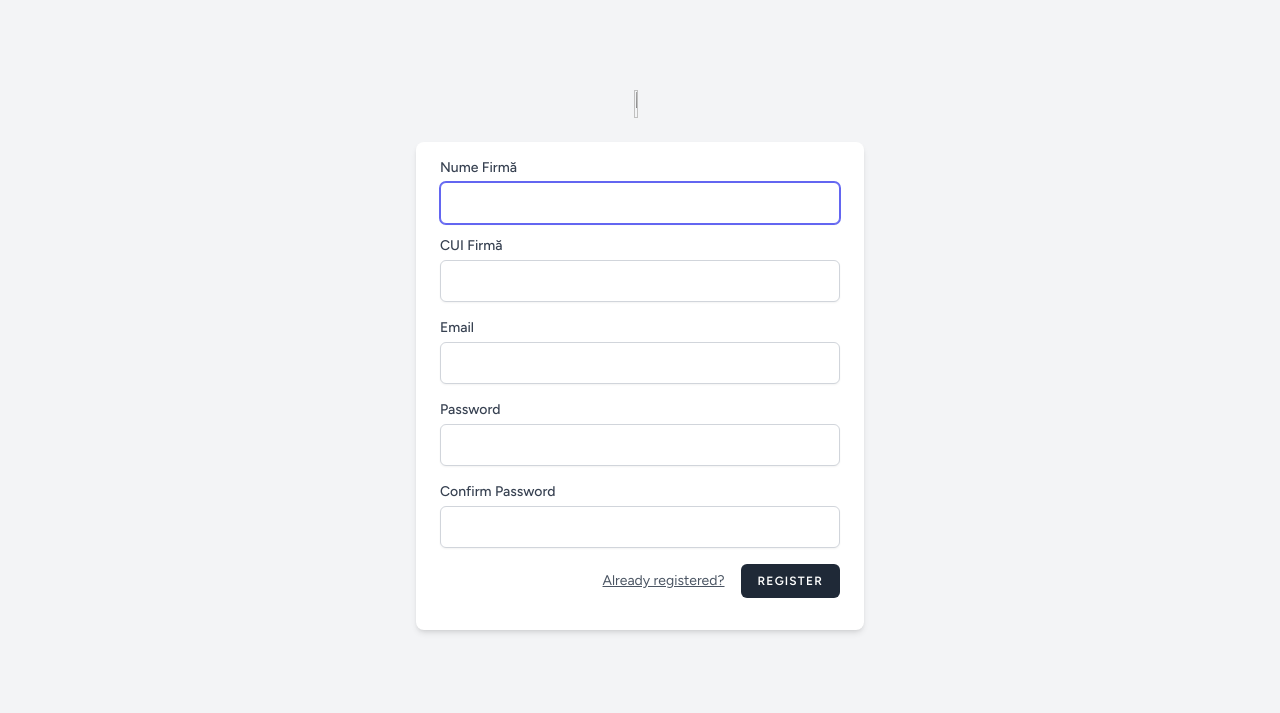
Repository: cosmin05072018/fantastic-events-manager
Page: http://localhost/register
The author's editor kept a copy of each file at every save. The page is drawn from the files as they stood at one save, then again after the next save.
The browser window is 1280 px wide. The pictures show the whole page.
The page is served by the project's Laravel application, run on PHP 8.4 with Laravel 10. Style sheets and scripts are compiled from the project's sources, by tool versions that may differ from the author's.

Above is the page before, as saved 2024-11-03 18:00:49.

After the next save:
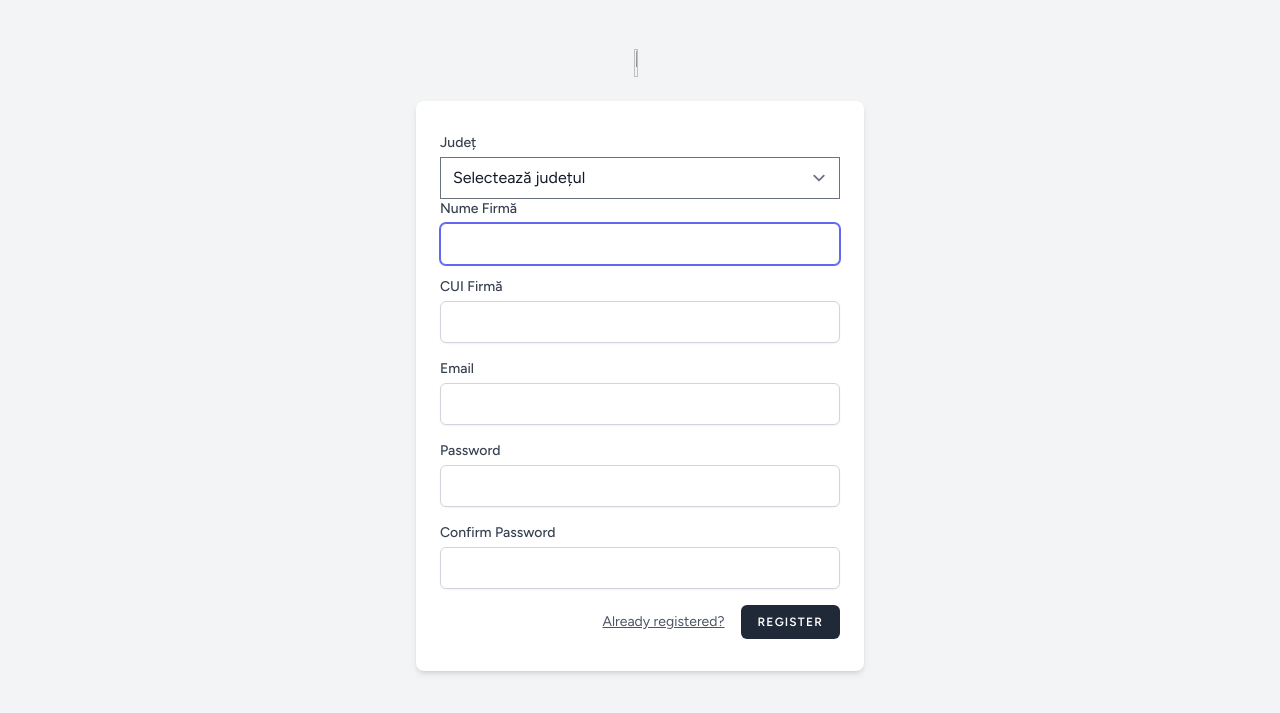
Saved 17 min 49 s later.
--- a/resources/views/auth/register.blade.php
+++ b/resources/views/auth/register.blade.php
@@ -10,6 +10,57 @@
 <x-guest-layout>
     <form method="POST" action="{{ route('register') }}">
         @csrf
+
+        <!-- Județ -->
+    <div class="mt-4">
+        <x-input-label for="county" :value="__('Județ')" />
+        <select id="county" name="county" class="block mt-1 w-full" required>
+            <option value="">Selectează județul</option>
+            <option value="Alba">Alba</option>
+            <option value="Arad">Arad</option>
+            <option value="Argeș">Argeș</option>
+            <option value="Bacău">Bacău</option>
+            <option value="Bihor">Bihor</option>
+            <option value="Bistrița-Năsăud">Bistrița-Năsăud</option>
+            <option value="Botoșani">Botoșani</option>
+            <option value="Brașov">Brașov</option>
+            <option value="Brăila">Brăila</option>
+            <option value="București">București</option>
+            <option value="Buzău">Buzău</option>
+            <option value="Caraș-Severin">Caraș-Severin</option>
+            <option value="Călărași">Călărași</option>
+            <option value="Cluj">Cluj</option>
+            <option value="Constanța">Constanța</option>
+            <option value="Covasna">Covasna</option>
+            <option value="Dâmbovița">Dâmbovița</option>
+            <option value="Dolj">Dolj</option>
+            <option value="Galați">Galați</option>
+            <option value="Giurgiu">Giurgiu</option>
+            <option value="Gorj">Gorj</option>
+            <option value="Harghita">Harghita</option>
+            <option value="Hunedoara">Hunedoara</option>
+            <option value="Ialomița">Ialomița</option>
+            <option value="Iași">Iași</option>
+            <option value="Ilfov">Ilfov</option>
+            <option value="Maramureș">Maramureș</option>
+            <option value="Mehedinți">Mehedinți</option>
+            <option value="Mureș">Mureș</option>
+            <option value="Neamț">Neamț</option>
+            <option value="Olt">Olt</option>
+            <option value="Prahova">Prahova</option>
+            <option value="Satu Mare">Satu Mare</option>
+            <option value="Sălaj">Sălaj</option>
+            <option value="Sibiu">Sibiu</option>
+            <option value="Suceava">Suceava</option>
+            <option value="Teleorman">Teleorman</option>
+            <option value="Timiș">Timiș</option>
+            <option value="Tulcea">Tulcea</option>
+            <option value="Vaslui">Vaslui</option>
+            <option value="Vâlcea">Vâlcea</option>
+            <option value="Vrancea">Vrancea</option>
+        </select>
+        <x-input-error :messages="$errors->get('county')" class="mt-2" />
+    </div>
 
         <!-- Nume Firmă -->
         <div>
